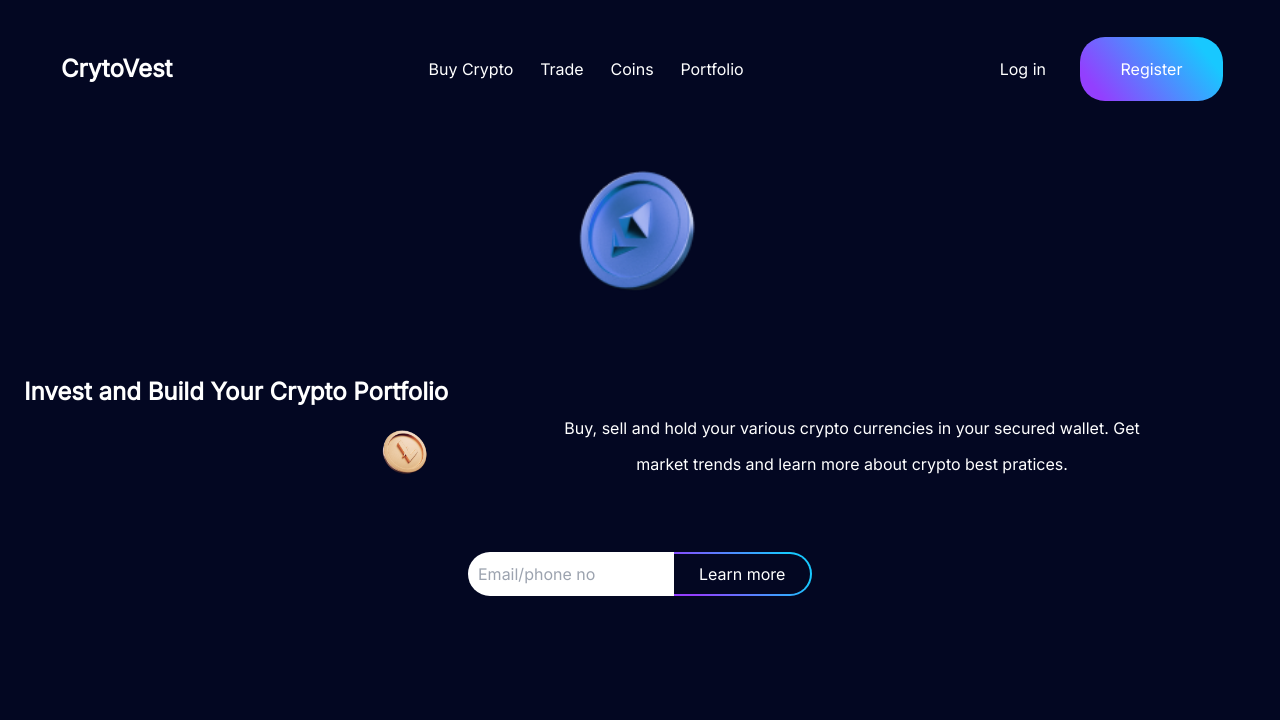
Repository: Eugene44-hub/cryptovest
Page: /
The author's editor kept a copy of each file at every save. The page is drawn from the files as they stood at one save, then again after the next save.
The browser window is 1280 px wide. The pictures show the whole page.
The project was rebuilt for these pictures with package versions that can differ from the ones it lists, and the page was loaded fresh each time. Also part of the build but not shown: vite.config.ts.

Above is the page before, as saved 2022-07-15 23:03:00.

### src/App.tsx
import Home from "./pages/home/Home"

function App() {

  return (
    <div className="App">
      <Home/>

    </div>
  )
}

export default App

### src/index.css
@import url('https://fonts.googleapis.com/css2?family=Inter&display=swap');
@tailwind base;
@tailwind components;
@tailwind utilities;
body {
    margin: 0;
    font-family: 'Inter', sans-serif;
    -webkit-font-smoothing: antialiased;
    -moz-osx-font-smoothing: grayscale;
    padding: 0;
    background-color: rgba(3, 7, 34, 1);
}

code {
    font-family: source-code-pro, Menlo, Monaco, Consolas, 'Courier New', monospace;
}

.container {
    max-width: 1440px;
    margin: 0 auto;
}

### src/pages/home/Home.tsx
import React from 'react'
import Hero from '../../components/hero/Hero'
import Nav from '../../components/nav/Nav'

const Home = () => {
  return (
    <div>
      <Nav/>
      <Hero/>
    </div>
  )
}

export default Home

### src/components/hero/Hero.tsx
import React from 'react'
import etherum from "../../assets/images/hero/EtheriumCoin.png"
import bitcoin from "../../assets/images/hero/Bitcoin.png"
import monero from "../../assets/images/hero/Monero.png"
import liteCoin from "../../assets/images/hero/LiteCoin.png"
import styles from "./Hero.module.scss"
const Hero = () => {
  return (
    <section>
      <article className={`${styles.container} container px-[24px]`}>

        <img src={etherum} className="m-auto w-[20%] mt-[10px]" alt="etherum" />

        <div className='mt-[17px] flex-wrap flex'>
          <div>
          <header className={`${styles.header} text-white w-full text-center`}>
            Invest and Build Your Crypto Portfolio
          </header>
          <figure className='flex w-full justify-end'>
          <img src={liteCoin} className={"w-[20%] "} alt="" />
          </figure>
          </div>

          <div className='w-full sm:w-[60%] m-auto md:order-2 md:mt-0 mt-[3px] '>
          <div className='flex md:w-[344px] m-auto rounded-[25px] mt-[3px] overflow-hidden'>
            <input type="text" className='p-[10px] w-[60%]' placeholder='Email/phone no' />
            <div className={`${styles.btnContainer} flex-1 p-[2px]  pl-0`}>
              <button className={` w-full h-full  ${styles.inputBtn}`}>
                Learn more
              </button>
            </div>
          </div>
          </div>

          {/* <figure>
            <img src={bitcoin} className="w-[20%] mt-[8px]" alt="bitcoin" />
          </figure> */}

          <div className='text-center w-[90%] mt-[36px] mb-[67px] md:max-w-[626px] mt-[11px] mt-[] leading-[36px] m-auto'>
            <p className="text-white">
            Buy, sell and hold your various crypto currencies in your secured wallet. Get market trends and learn more about crypto best pratices.
            </p>
            {/* <img src={monero} className="mt-[17px] w-[20%] m-auto" alt="monero" /> */}
          </div>
        </div>

      </article>
    </section>
  )
}

export default Hero

### src/components/nav/Nav.tsx
import React from 'react'
import styles from "./Nav.module.scss"
const navItems = ["Buy Crypto", "Trade", "Coins", "Portfolio"]
import { AiOutlineMenu } from "react-icons/ai"

const Nav = () => {
  return (
    <nav className='pt-[37px]'>
      <div className='container  px-[24px] md:pl-[61px] md:pr-[57px] text-white'>
        <div className='flex justify-between items-center'>
          <span className={`font-[700] ${styles.banner}`}>
            CrytoVest
          </span>
          <div className='hidden lg:flex justify-between items-center flex-1'>
            <ul className='flex font-[500] m-auto lg:w-[50%] xl:w-[30%]  justify-between'>
              {navItems.map((item, index) => (<li key={index}>{item}</li>))}
            </ul>
            <div className='font-[500]'>
              <button className='mr-[34px]'>
                Log in
              </button>
              <button className={`${styles.btn} w-[143px]`}>
                Register
              </button>
            </div>
          </div>
          <AiOutlineMenu color="white" size={24} className="font-bold lg:hidden" />
        </div>


      </div>
    </nav>
  )
}

export default Nav

### src/components/hero/Hero.module.scss
@import "../../sass";
.container {
    .header {
        font-weight: 900;
        font-size: 24px;
    }
    .btnContainer {
        background: $gradient1
    }
    .inputBtn {
        background: $bgColor;
        color: white;
        border-radius: 0px 25px 25px 0px;
    }
}

### src/components/nav/Nav.module.scss
@import "../../sass/index.scss";
.banner {
    font-size: rem(24);
}

.btn {
    @include setBtn($gradient1);
}

### src/sass/index.scss
@import "./config";

### src/sass/config/_index.scss
@import "variables";
@import "utilities";
@import "mixins&funcs";

### src/sass/config/_variables.scss
$gradient1:linear-gradient(231.7deg, #18C8FF 15.39%, #933FFE 87.39%);
$gradient: linear-gradient(180.01deg, rgba(245, 245, 245, 0.53) 0.39%, rgba(205, 96, 188, 0.5) 24.76%, rgba(56, 77, 130, 0.26) 63.89%, rgba(105, 30, 226, 0.03) 92.45%);
$bgColor:rgba(3, 7, 34, 1);
$purple1:rgba(185, 130, 255, 1);
$purple1:rgba(132, 112, 255, 1);
$grey1:rgba(255, 255, 255, 1);

### src/sass/config/_utilities.scss
/*
➡️ 0px -480px -  Smaller Smartphones

➡️ 481px -768px  - Tablets & larger smartphones

➡️ 769px -1279px  -  Laptops, larger tablets
in landscape, and small desktops

➡️ 1280px+ - Larger desktops and monitors
*/

%btn {
    border-radius: 25px;
    padding: 20px 0;
}

### src/sass/config/_mixins&funcs.scss
@use "sass:math";
@function rem($px, $default:16) {
    @return (math.div($px, $default)*1rem);
}

@mixin devices($device) {
    @media screen and (max-width: $device) {
        @content;
    }
}

@mixin setBtn($bgColor) {
    background: $bgColor;
    color: white;
    @extend %btn
}

Loaded but not shown: index.html (common file); src/main.tsx (common file); tailwind.config.js (common file)

After the next save:
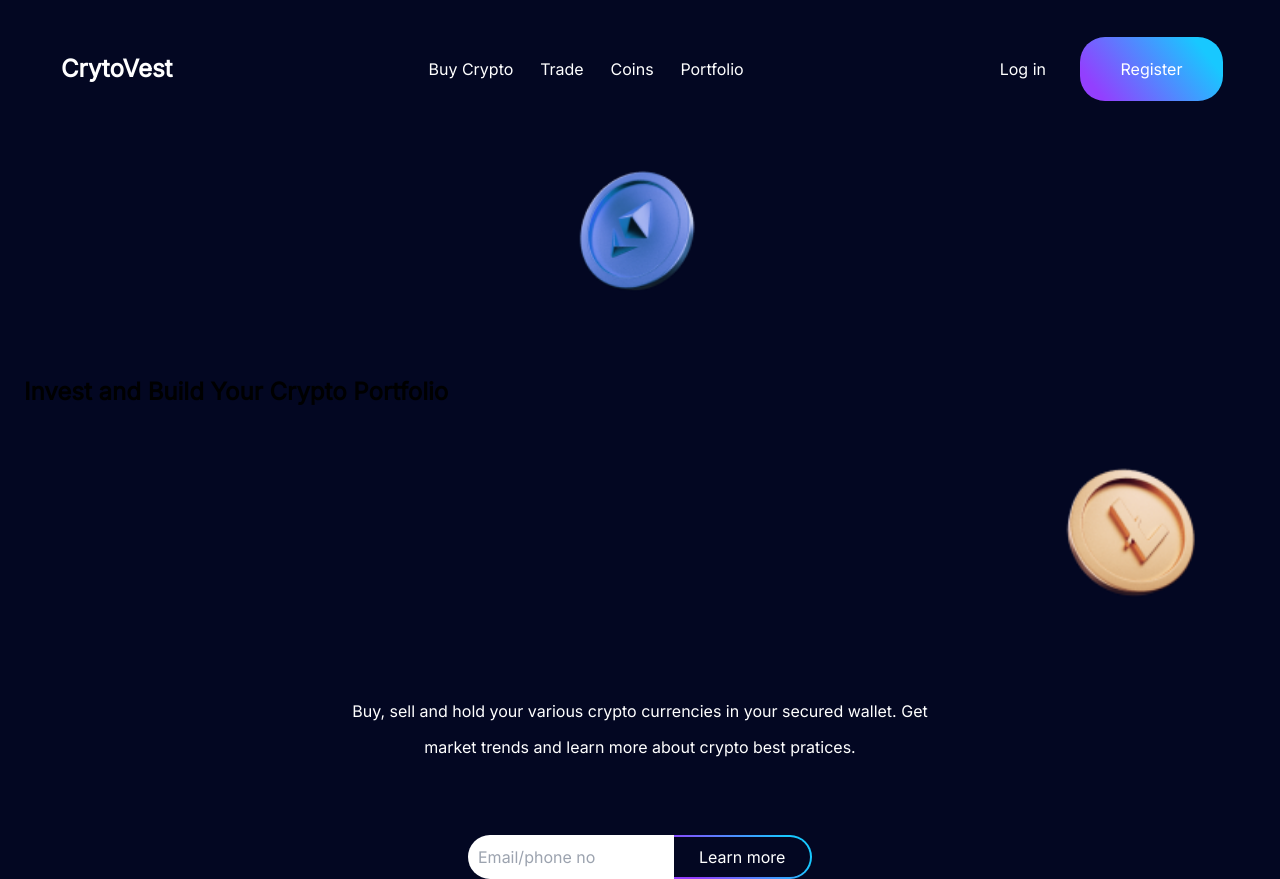
Saved 21 s later.
--- a/src/components/hero/Hero.tsx
+++ b/src/components/hero/Hero.tsx
@@ -12,8 +12,8 @@
         <img src={etherum} className="m-auto w-[20%] mt-[10px]" alt="etherum" />
 
         <div className='mt-[17px] flex-wrap flex'>
-          <div>
-          <header className={`${styles.header} text-white w-full text-center`}>
+          <div className=' w-full '>
+          <header className={`${styles.header} text-whitetext-center`}>
             Invest and Build Your Crypto Portfolio
           </header>
           <figure className='flex w-full justify-end'>
